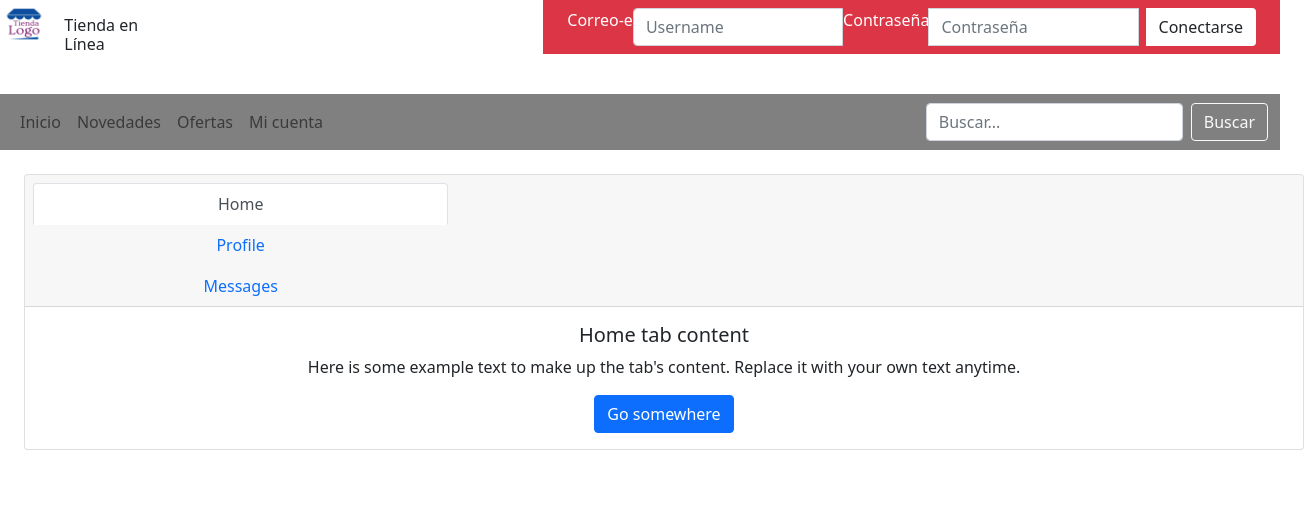
Repository: nicorp00/bootstrapSass
Page: Main/index.html
The author's editor kept a copy of each file at every save. The page is drawn from the files as they stood at one save, then again after a run of saves.
The browser window is 1280 px wide. The page is 1316 px wide, so the pictures cover 1316 px, including what lies to the right of the window. The pictures show the whole page.
The style sheet was rebuilt from its Sass, Less or Tailwind sources for each picture, by a compiler version that may differ from the author's.

Above is the page before, as saved 2022-03-25 11:33:57.

After the next 2 saves:
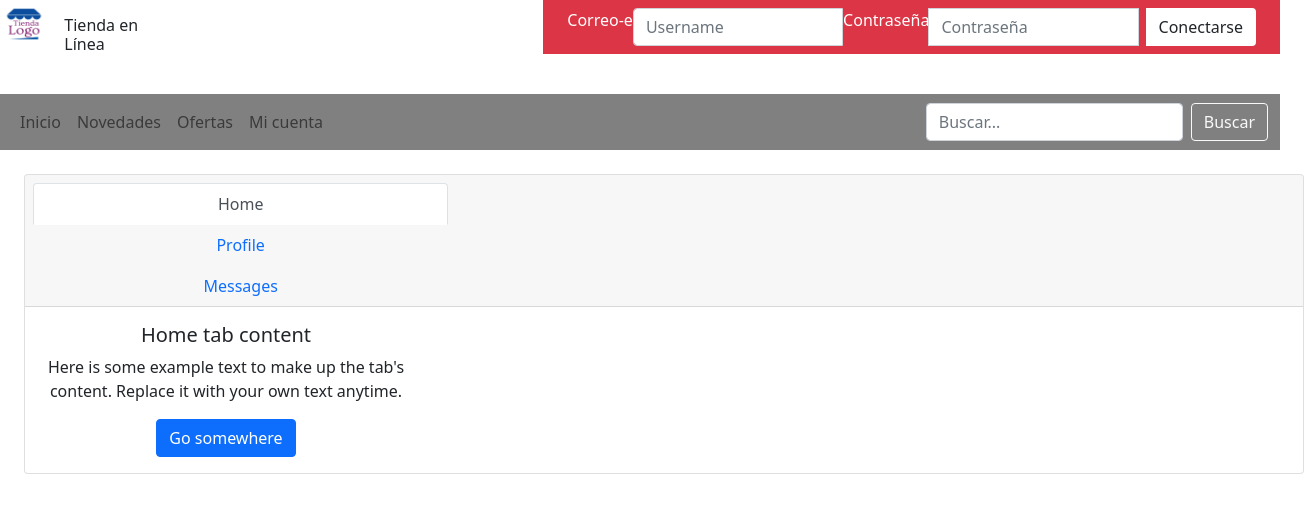
The 2 saves are shown as one change because they came seconds apart.
The last was saved 5 s later.
--- a/Main/index.html
+++ b/Main/index.html
@@ -86,7 +86,7 @@
                             </li>
                         </ul>
                     </div>
-                    <div class="card-body row">
+                    <div class="card-body row col-4">
                         <div class="tab-content">
                             <div class="tab-pane fade show active" id="home">
                                 <h5 class="card-title">Home tab content</h5>

After the save that followed:
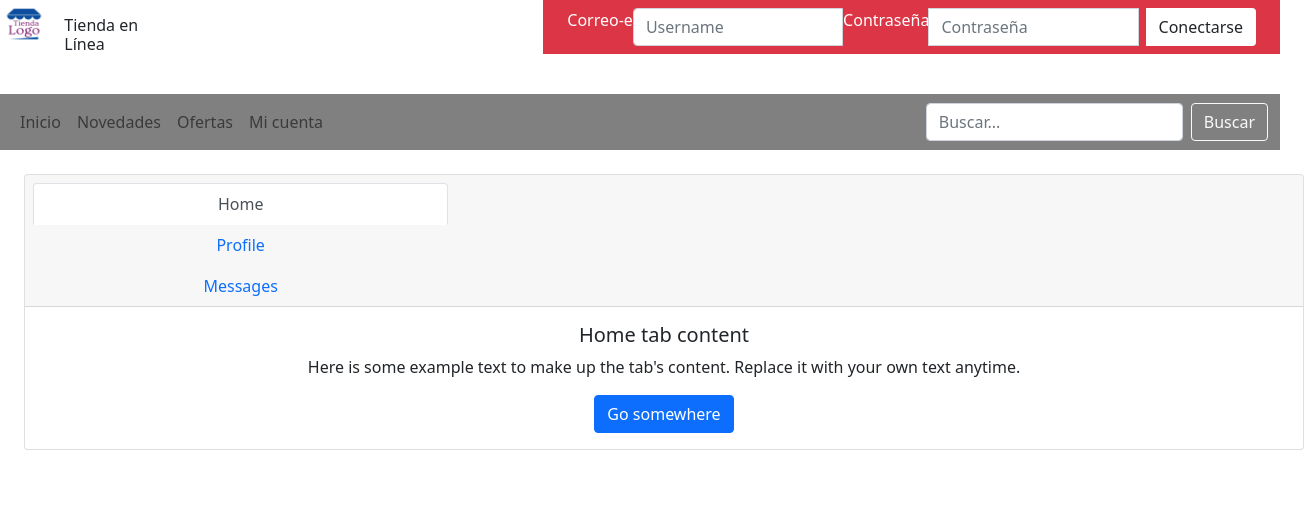
Saved 8 s later.
--- a/Main/index.html
+++ b/Main/index.html
@@ -86,7 +86,7 @@
                             </li>
                         </ul>
                     </div>
-                    <div class="card-body row col-4">
+                    <div class="card-body">
                         <div class="tab-content">
                             <div class="tab-pane fade show active" id="home">
                                 <h5 class="card-title">Home tab content</h5>
